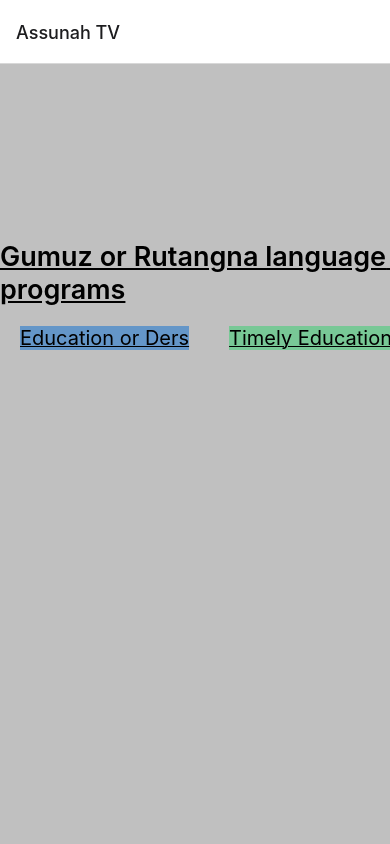
Repository: abdurehmanali611/Assunah_TV
Screen: /Gumuz
These files come from the project's save history. The screen is drawn as it stood at one moment and after a run of saves; the edit follows.
The app was drawn by React Native's web renderer in a window 390 px wide. The project was rebuilt for these pictures with package versions that can differ from the ones it lists, and the page was loaded fresh each time. Also part of the build but not shown: Constants/Home.js, Constants/AboutUs.js, Constants/Contacts.js, Constants/AssunahFolder.js, Constants/AssunahKids.js, Constants/AdditionalExtra.js, Constants/Qiratcenter.js, Programs/AmharicPrograms.js and 29 more.

Above is the screen before, as saved 2024-01-08 23:39:42.

### App.js
import { createStackNavigator } from "@react-navigation/stack";
import { NavigationContainer } from "@react-navigation/native";

import Home from "./Constants/Home";
import AboutUs from "./Constants/AboutUs";
import Contacts from "./Constants/Contacts";
import AssunahFolder from "./Constants/AssunahFolder";
import AssunahKids from "./Constants/AssunahKids";
import AdditionalExtra from "./Constants/AdditionalExtra";
import Qiratcenter from "./Constants/Qiratcenter";
import AmharicPrograms from './Programs/AmharicPrograms'
import ArabicPrograms from './Programs/ArabicPrograms'
import AffanOromo from './Programs/AffanOromo'
import Afar from './Programs/Afar'
import Ethio_Somali from './Programs/Ethio_Somali'
import Gumuz from './Programs/Gumuz'
import Hadere from './Programs/Hadere'
import Halaba from './Programs/Halaba'
import Tigrigna from './Programs/Tigrigna'
import LoginQirat from "./Assunah_Qirat_Center/LoginQirat";
import LoginQirat2 from "./Assunah_Qirat_Center/LoginQirat2";
import Logged from "./Assunah_Qirat_Center/Logged";
import Afarlink from "./Program_Links/Afarlink";
import AffanOromolink from "./Program_Links/AffanOromolink";
import Amhariclink from "./Program_Links/Amhariclink";
import Arabiclink from "./Program_Links/Arabiclink";
import EthioSomalilink from "./Program_Links/EthioSomalilink";
import Gumuzlink from "./Program_Links/Gumuzlink";
import Haderelink from "./Program_Links/Haderelink";
import Halabalink from "./Program_Links/Halabalink";
import Tigraylink from "./Program_Links/Tigraylink";
import Support from "./Additional/Support";
import Help from "./Additional/Help";
import Rate from "./Additional/Rate";
import Amhariclink_2 from "./Program_Links/Amhariclink_2";
import Amhariclink_3 from "./Program_Links/Amhariclink_3";
import Amhariclink_4 from "./Program_Links/Amhariclink_4";
import Amhariclink_5 from "./Program_Links/Amhariclink_5";
import AffanOromolink_2 from "./Program_Links/AffanOromolink_2";
import Siltgnalink from "./Program_Links/Siltgnalink";
import Siltgna from "./Programs/Siltgna";

const stack = createStackNavigator();

const App = () => {

  return (
    <NavigationContainer>
      <stack.Navigator initialRouteName="Gumuz" >
         <stack.Screen name="Home" component={Home} options={{title: 'Assunah TV'}}/>
         <stack.Screen name="Qirat" component={Qiratcenter} options={{title: 'Assunah TV'}}/>
         <stack.Screen name="About" component={AboutUs} options={{title: 'Assunah TV'}}/>
         <stack.Screen name="Contact" component={Contacts} options={{title: 'Assunah TV'}}/>
         <stack.Screen name="Assunah" component={AssunahFolder} options={{title: 'Assunah TV'}}/>
         <stack.Screen name="Kids" component={AssunahKids} options={{title: 'Assunah TV'}}/>
         <stack.Screen name="Extra" component={AdditionalExtra} options={{title: 'Assunah TV'}}/>
         <stack.Screen name="Amharic" component={AmharicPrograms} options={{title: 'Assunah TV'}}/>
         <stack.Screen name="Arabic" component={ArabicPrograms} options={{title: 'Assunah TV'}}/>
         <stack.Screen name="Oromo" component={AffanOromo} options={{title: 'Assunah TV'}}/>
         <stack.Screen name="Afar" component={Afar} options={{title: 'Assunah TV'}}/>
         <stack.Screen name="Somali" component={Ethio_Somali} options={{title: 'Assunah TV'}}/>
         <stack.Screen name="Gumuz" component={Gumuz} options={{title: 'Assunah TV'}}/>
         <stack.Screen name="siltgna" component={Siltgna} options={{title: 'Assunah TV'}}/>
         <stack.Screen name="Halaba" component={Halaba} options={{title: 'Assunah TV'}}/>
         <stack.Screen name="Tigray" component={Tigrigna} options={{title: 'Assunah TV'}}/>
         <stack.Screen name="hadere" component={Hadere} options={{title: 'Assunah TV'}}/>
         <stack.Screen name="Login" component={LoginQirat} options={{title: 'Assunah TV'}}/>
         <stack.Screen name="Login2" component={LoginQirat2} options={{title: 'Assunah TV'}}/>
         <stack.Screen name="Logged" component={Logged} options={{title: 'Assunah TV'}}/>
         <stack.Screen name="Afarlink" component={Afarlink} options={{title: 'Assunah TV'}}/>
         <stack.Screen name="Oromolink" component={AffanOromolink} options={{title: 'Assunah TV'}}/>
         <stack.Screen name="Oromolink2" component={AffanOromolink_2} options={{title: 'Assunah TV'}}/>
         <stack.Screen name="Amhariclink" component={Amhariclink} options={{title: 'Assunah TV'}}/>
         <stack.Screen name="Amhariclink2" component={Amhariclink_2} options={{title: 'Assunah TV'}}/>
         <stack.Screen name="Amhariclink3" component={Amhariclink_3} options={{title: 'Assunah TV'}}/>
         <stack.Screen name="Amhariclink4" component={Amhariclink_4} options={{title: 'Assunah TV'}}/>
         <stack.Screen name="Amhariclink5" component={Amhariclink_5} options={{title: 'Assunah TV'}}/>
         <stack.Screen name="Arabiclink" component={Arabiclink} options={{title: 'Assunah TV'}}/>
         <stack.Screen name="EthioSomalilink" component={EthioSomalilink} options={{title: 'Assunah TV'}}/>
         <stack.Screen name="Gumuzlink" component={Gumuzlink} options={{title: 'Assunah TV'}}/>
         <stack.Screen name="siltgnalink" component={Siltgnalink} options={{title: 'Assunah TV'}}/>
         <stack.Screen name="Halabalink" component={Halabalink} options={{title: 'Assunah TV'}}/>
         <stack.Screen name="Haderelink" component={Haderelink} options={{title: 'Assunah TV'}}/>
         <stack.Screen name="Tigraylink" component={Tigraylink} options={{title: 'Assunah TV'}}/>
         <stack.Screen name="support" component={Support} options={{title: 'Assunah TV'}}/>
         <stack.Screen name="help" component={Help} options={{title: 'Assunah TV'}}/>
         <stack.Screen name="rate" component={Rate} options={{title: 'Assunah TV'}}/>
      </stack.Navigator>
    </NavigationContainer>

  )
};

export default App;

### Programs/Gumuz.js
import React from "react";
import { View, Text, ScrollView, StyleSheet } from "react-native";
import { Link } from "@react-navigation/native";

const Gumuz = () => {

    return(
        <View style = {{backgroundColor: 'silver',flex: 1,justifyContent: 'flex-start'}}>
            <View>
            <View style = {{alignItems: 'center', paddingTop: '40%', marginVertical: 20}}>
            <Text style = {{fontSize: 27,fontWeight: '600', textDecorationLine: 'underline'}}>
               Gumuz or Rutangna language programs
            </Text>
            </View>
            <View style = {{alignItems: 'center'}}>
            <ScrollView horizontal>
                <Link
                style = {{backgroundColor: `rgb(100,150,200)`,marginHorizontal: 20,textDecorationLine: 'underline'}}
                to={'/Gumuzlink'}>
                <Text style = {{fontSize: 20}}>Education or Ders</Text>
                </Link>
                <Link
                style = {{backgroundColor: `rgb(120,200,150)`,marginHorizontal: 20,textDecorationLine: 'underline'}}
                to={'/Gumuzlink'}>
                <Text style = {{fontSize: 20}}>Timely Education</Text>
                </Link>
            </ScrollView>
            </View>
        </View>
        </View>
    )
}

const randomRGB = () => {

    const red = Math.floor(Math.random() * 256)
    const green = Math.floor(Math.random() * 256)
    const blue = Math.floor(Math.random() * 256)

    return `rgb(${red},${green},${blue})`
}

const styles = StyleSheet.create ({
    link: {
        backgroundColor: randomRGB(),
        marginHorizontal: 20,
        width: 300,
        marginVertical: 10,
        height: 70,
        textAlignVertical: 'center',
        textAlign: 'center',
        borderTopRightRadius: 30,
        borderBottomLeftRadius: 30
    },
    header: {
        fontSize: 27,
        fontWeight: 'bold',
        textAlign: 'center',
        marginTop: '50%',
        marginBottom: 40,
        backgroundColor: randomRGB(),
        width: 355,
        marginHorizontal: 15,
        borderBottomLeftRadius: 20,
        borderTopRightRadius: 20,
        height: 150,
        textAlignVertical: 'center'
    }
})


export default Gumuz

After the next 2 saves:
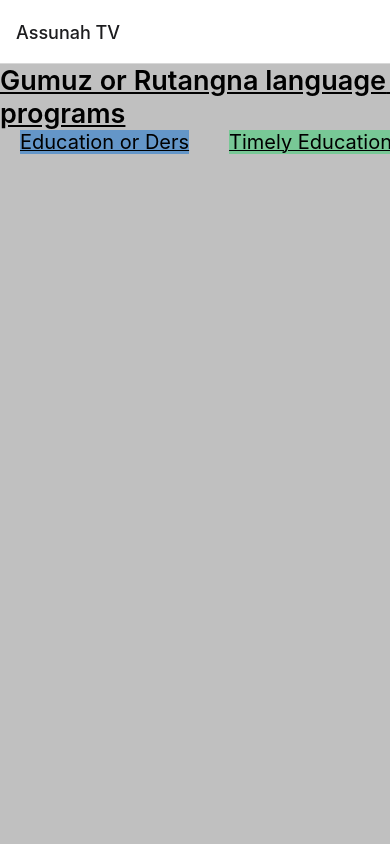
The 2 saves are shown as one change because they came seconds apart.
The last was saved 15 s later.
--- a/Programs/Gumuz.js
+++ b/Programs/Gumuz.js
@@ -7,11 +7,9 @@
     return(
         <View style = {{backgroundColor: 'silver',flex: 1,justifyContent: 'flex-start'}}>
             <View>
-            <View style = {{alignItems: 'center', paddingTop: '40%', marginVertical: 20}}>
             <Text style = {{fontSize: 27,fontWeight: '600', textDecorationLine: 'underline'}}>
                Gumuz or Rutangna language programs
             </Text>
-            </View>
             <View style = {{alignItems: 'center'}}>
             <ScrollView horizontal>
                 <Link
